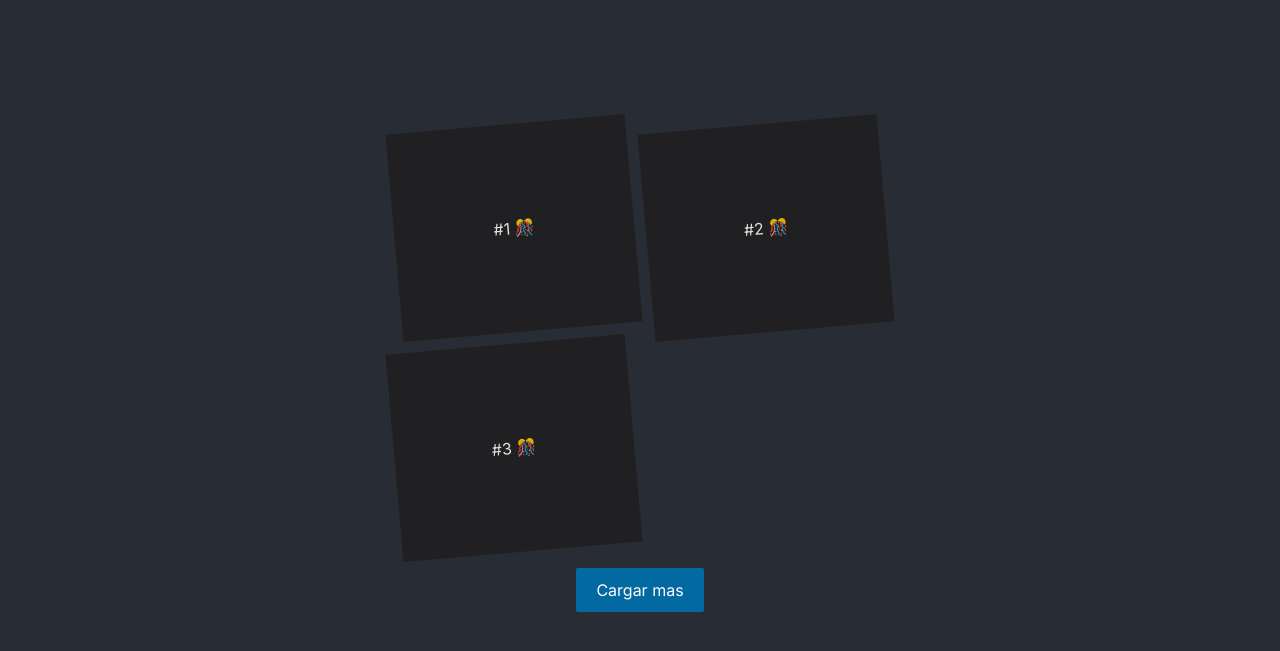
Repository: devsecops-node/simple-play
Page: /recomendations
An editor plug-in stored every save of this project. The page is shown before and after the next save, followed by the edit.
The browser window is 1280 px wide. The pictures show the whole page.
The project was rebuilt for these pictures with package versions that can differ from the ones it lists, and the page was loaded fresh each time. The framework's server and built-in components were replaced by stand-ins that run in the browser. Also part of the build but not shown: next.config.mjs.

Above is the page before, as saved 2024-06-21 19:14:36.

After the next save:
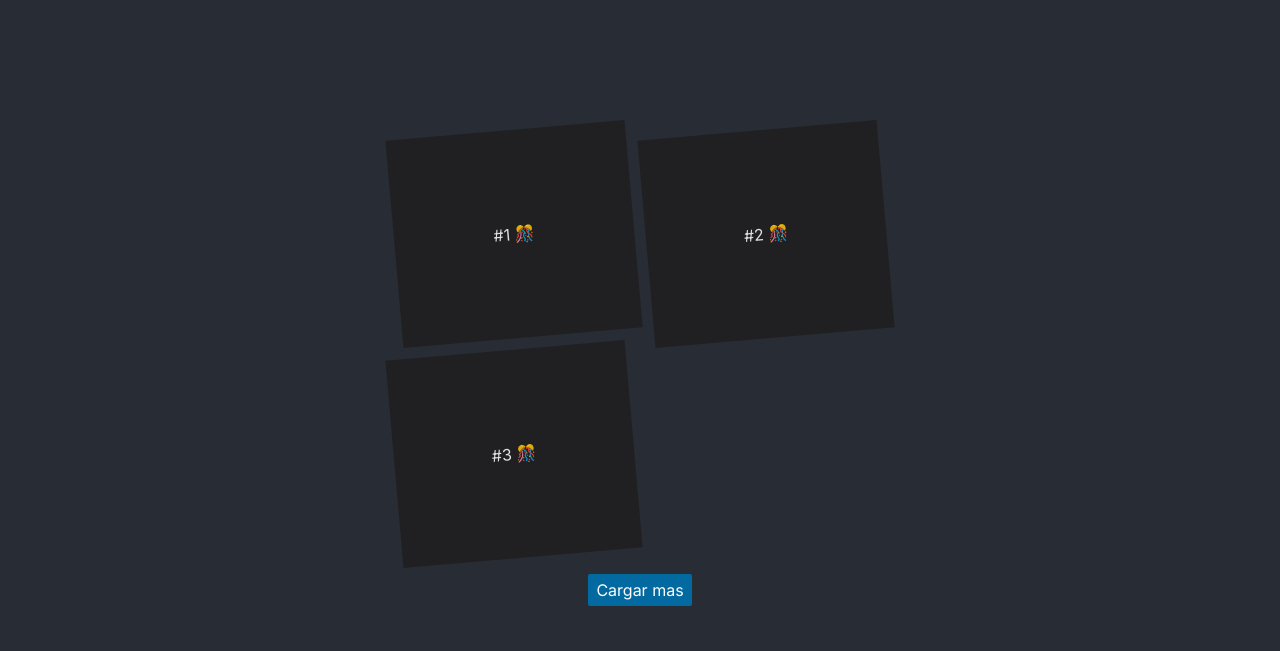
Saved 24 s later.
--- a/src/app/recomendations/page.tsx
+++ b/src/app/recomendations/page.tsx
@@ -29,7 +29,7 @@
       <button
         onMouseEnter={() => setHover(true)}
         onMouseLeave={() => setHover(false)}
-        className={`inline-block px-2 py-1 bg-sky-700 rounded-sm ${styles.animation_button}`}
+        className={`inline-block px-2 py-1 bg-sky-700 rounded-sm ${styles.movingButton} ${hover ? styles.hover : ''}`}
       >
         Cargar mas
       </button>

After the save that followed:
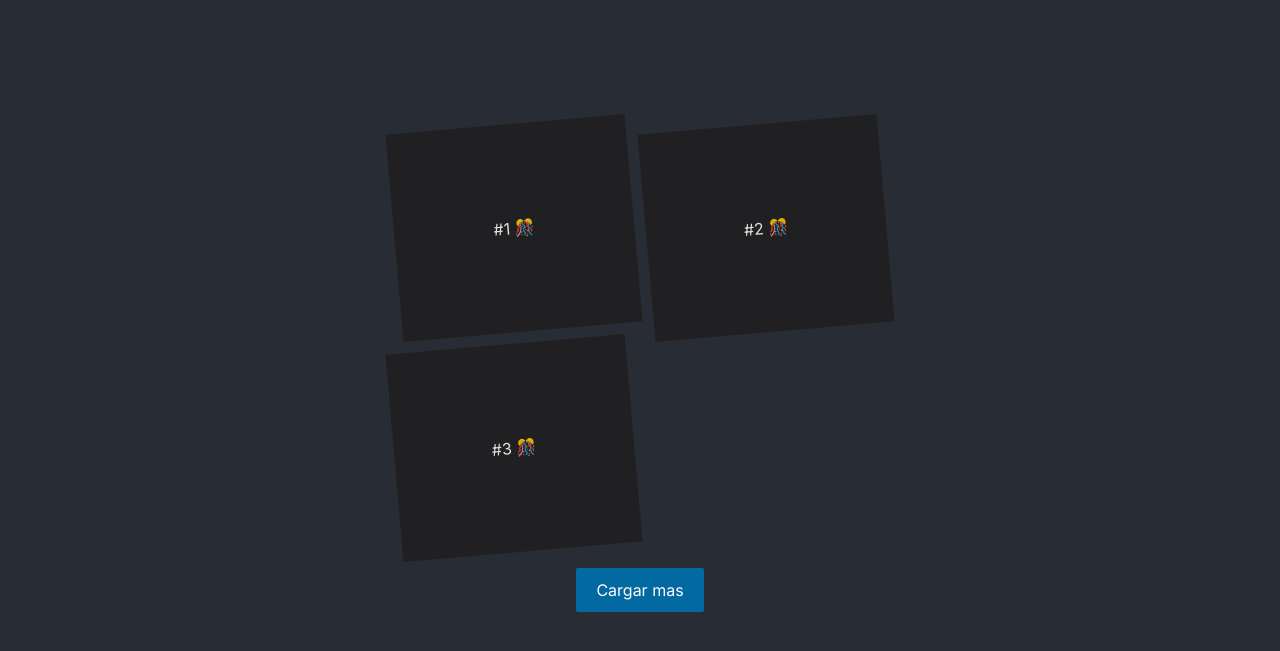
Saved 21 s later.
--- a/src/app/recomendations/page.tsx
+++ b/src/app/recomendations/page.tsx
@@ -29,7 +29,7 @@
       <button
         onMouseEnter={() => setHover(true)}
         onMouseLeave={() => setHover(false)}
-        className={`inline-block px-2 py-1 bg-sky-700 rounded-sm ${styles.movingButton} ${hover ? styles.hover : ''}`}
+        className={`inline-block px-2 py-1 bg-sky-700 rounded-sm ${styles.animation_button} ${hover ? styles.hover : ''}`}
       >
         Cargar mas
       </button>
